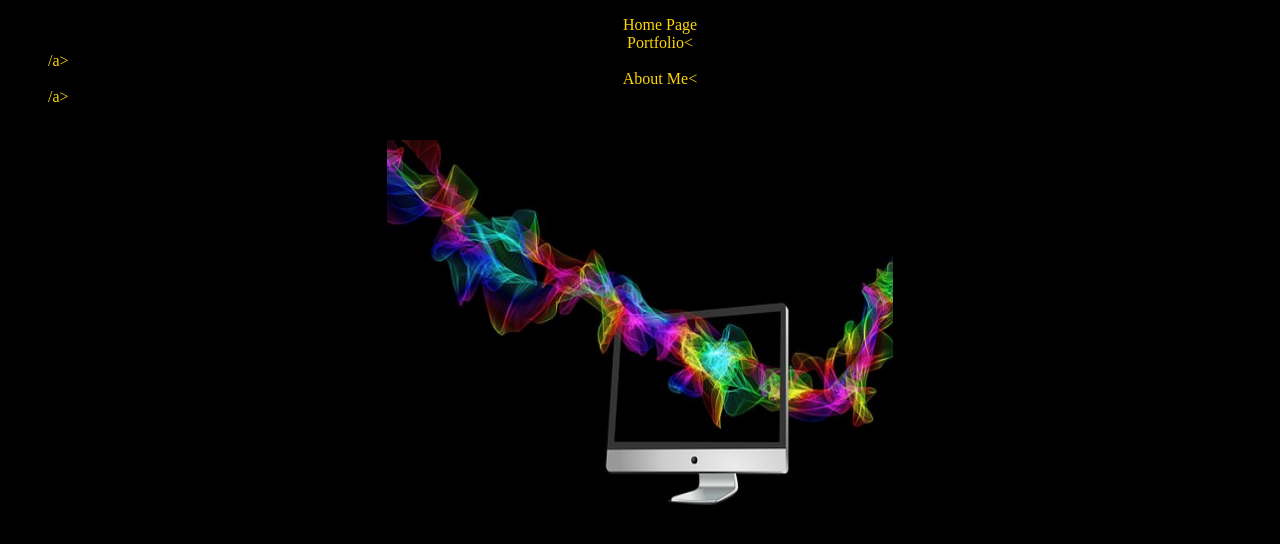
Repository: bluesyrupshed/bluesyrupshed.github.io
Page: index.html
The author's editor kept a record of every edit. The page is drawn from the files as they stood at one moment, then again after the next edit.
The browser window is 1280 px wide. The pictures show the whole page.

Above is the page before.

After the next edit:
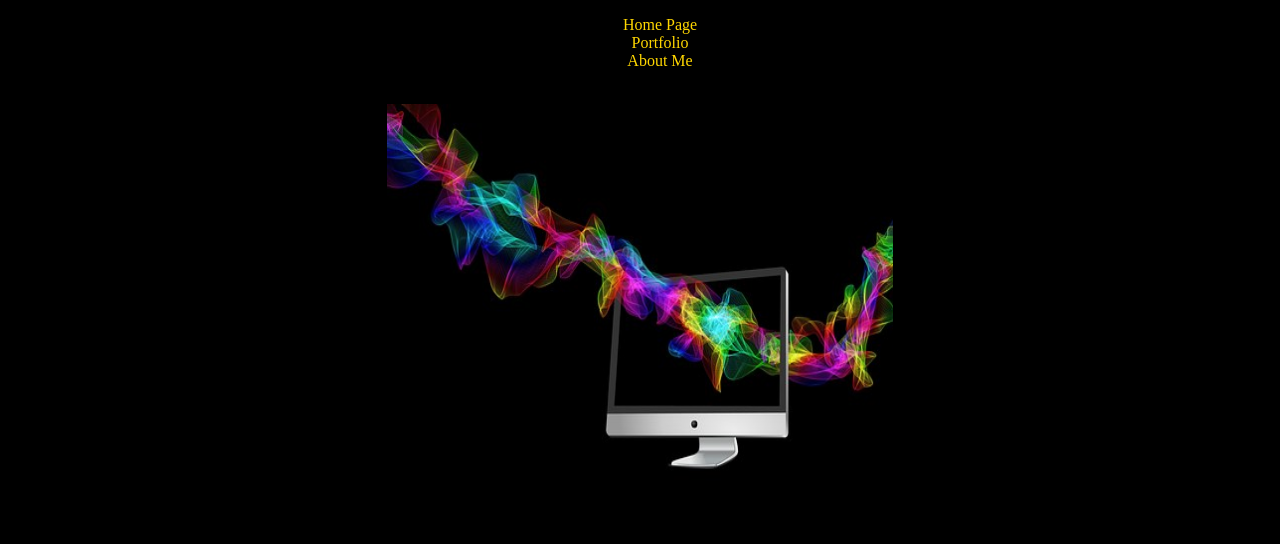
The edit:
--- a/index.html
+++ b/index.html
@@ -10,9 +10,9 @@
         </head>
     <body>
         <ul>
-        <center><li><a href="index.html">Home Page</h1></center></a></li></center>
-         <center><li><a href="portfolio.html">Portfolio<</center>/a></li></center>
-         <center><li><a href="about.html">About Me<</center>/a></li></center>
+        <center><li><a href="index.html">Home Page</h1></a></li></center>
+         <center><li><a href="portfolio.html">Portfolio</a></li></center>
+         <center><li><a href="about.html">About Me</a></li></center>
           </ul>
           <br>
 
